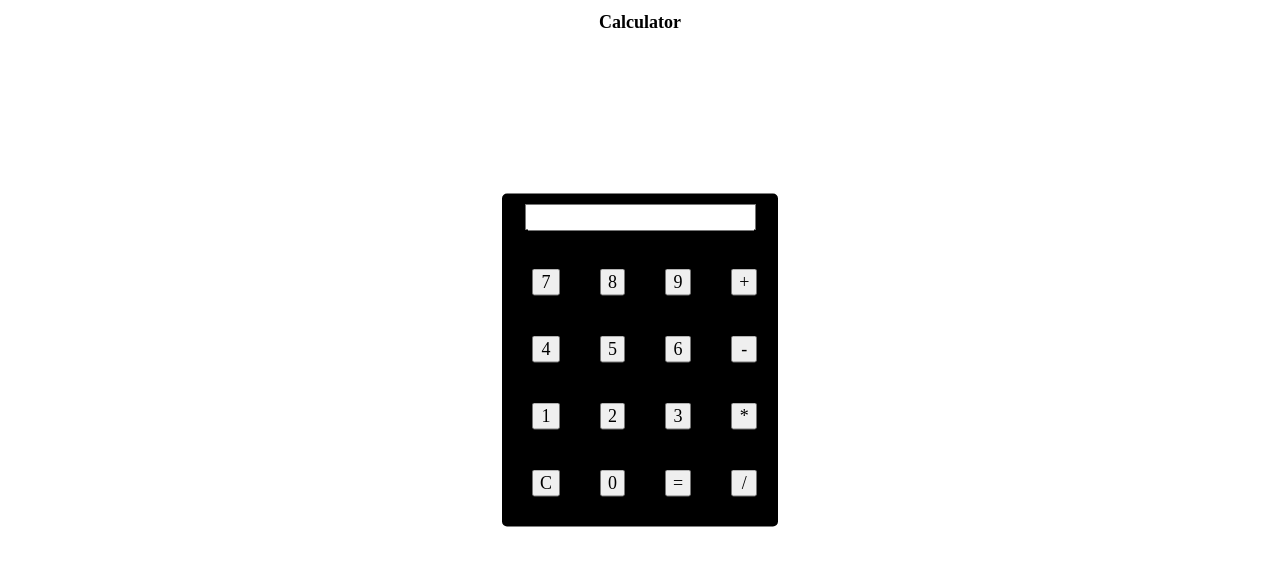
Repository: rajratangm/calculator
Page: /
The author's editor kept a copy of each file at every save. The page is drawn from the files as they stood at one save, then again after a run of saves.
The browser window is 1280 px wide. The pictures show the whole page.
The project was rebuilt for these pictures with package versions that can differ from the ones it lists, and the page was loaded fresh each time.

Above is the page before, as saved 2024-04-03 11:28:14.

### src/App.js
import logo from './logo.svg';
import './App.css';
import { useState } from 'react';

function App() {
  const [result, setResult]= useState('')
  const handleClick=(value)=>{
    setResult(result.concat(value))
  }

  const clear=()=>{
    setResult('')
  }
  return (
    <>
    <h1>Calculator</h1>
    <p>{result}</p>
    <div className='container'>
      <form>
        <input type='text' value={result}/>
      </form>
      <p>{result}</p>
      <div className='keypad'>
        <button onClick={() => handleClick('7')}>7</button>
        <button onClick={() => handleClick('8')}>8</button>
        <button onClick={() => handleClick('9')}>9</button>
        <button onClick={() => handleClick('+')}>+</button>

        <button onClick={() => handleClick('4')}>4</button>
        <button onClick={() => handleClick('5')}>5</button>
        <button onClick={() => handleClick('6')}>6</button>
        <button onClick={() => handleClick('-')}>-</button>

        <button onClick={() => handleClick('1')}>1</button>
        <button onClick={() => handleClick('2')}>2</button>
        <button onClick={() => handleClick('3')}>3</button>
        <button onClick={() => handleClick('*')}>*</button>

        <button onClick={clear} id='clear'>C</button>
        <button onClick={() => handleClick('0')}>0</button>
        <button onClick={() => handleClick('=')} id= 'enter'>=</button>
        <button onClick={() => handleClick('/')}>/</button>
      </div>
    </div>

    </>
  );
}

export default App;

### src/App.css
*{
  font-family: 'Robot', 'sans-serif';
  font-size: 18px;

}

body{
  display: flex;
  justify-content: center;
  align-items:center;

}

.container{
  top:50%;
  left: 50%;
  position:absolute;
  transform: translate(-50%,-50%);
  margin:0 auto;
  width: 256px;
  text-align: center;
  border: 10px solid black;
  background-color: black;
  border-radius: 5px;
}

.keypad{
  display: grid;
  grid-template-columns: repeat(4, 1fr);
  grid-auto-rows: minmax(60px,auto)

}

/* input[type='text']{
  height: 75px;
  width: 249px;

} */


button{
  margin: 20px;
}
p{
  color: white;

}

Loaded but not shown: public/index.html (common file); src/index.js (common file); src/index.css (common file); src/reportWebVitals.js (common file)

After the next 2 saves:
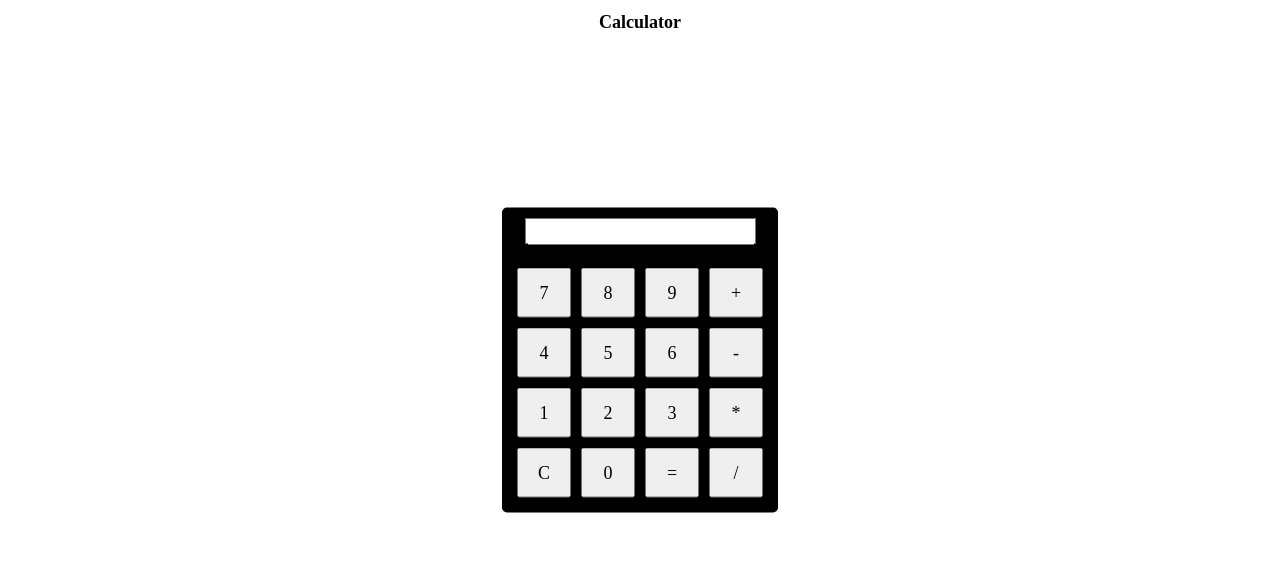
The 2 saves are shown as one change because they came seconds apart.
The last was saved 2 min 59 s later.
--- a/src/App.css
+++ b/src/App.css
@@ -39,7 +39,7 @@ body{
 
 
 button{
-  margin: 20px;
+  margin: 5px;
 }
 p{
   color: white;
